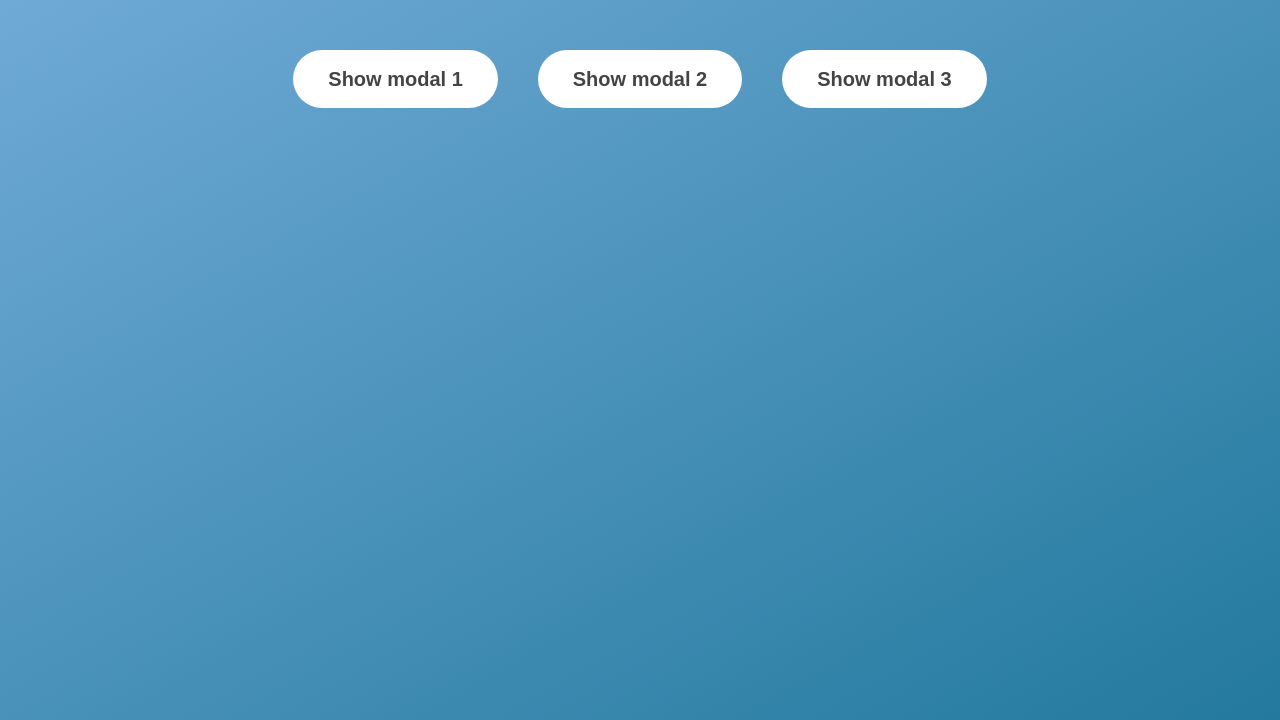
Repository: zeinawady/Jonas-Js-Course-Projects
Page: Modal Window/index.html
The author's editor kept a copy of each file at every save. The page is drawn from the files as they stood at one save, then again after the next save.
The browser window is 1280 px wide. The pictures show the whole page.

Above is the page before, as saved 2024-11-23 17:00:45.

### Modal Window/index.html
<!DOCTYPE html>
<html lang="en">
  <head>
    <meta charset="UTF-8" />
    <meta name="viewport" content="width=device-width, initial-scale=1.0" />
    <meta http-equiv="X-UA-Compatible" content="ie=edge" />
    <link rel="stylesheet" href="style.css" />
    <title>Modal window</title>
  </head>
  <body>
    <button class="show-modal">Show modal 1</button>
    <button class="show-modal">Show modal 2</button>
    <button class="show-modal">Show modal 3</button>

    <div class="modal hidden">
      <button class="close-modal">&times;</button>
      <h1>I'm a modal window 😍</h1>
      <p>
        Lorem ipsum dolor sit amet, consectetur adipisicing elit, sed do eiusmod
        tempor incididunt ut labore et dolore magna aliqua. Ut enim ad minim
        veniam, quis nostrud exercitation ullamco laboris nisi ut aliquip ex ea
        commodo consequat. Duis aute irure dolor in reprehenderit in voluptate
        velit esse cillum dolore eu fugiat nulla pariatur. Excepteur sint
        occaecat cupidatat non proident, sunt in culpa qui officia deserunt
        mollit anim id est laborum.
      </p>
    </div>
    <div class="overlay hidden"></div>

    <script src="script.js"></script>
  </body>
</html>

### Modal Window/style.css
* {
    margin: 0;
    padding: 0;
    box-sizing: inherit;
  }

  html {
    font-size: 62.5%;
    box-sizing: border-box;
  }

  body {
    font-family: sans-serif;
    color: #333;
    line-height: 1.5;
    height: 100vh;
    position: relative;
    display: flex;
    align-items: flex-start;
    justify-content: center;
    background: linear-gradient(to top left, #23799e, #6faad5);
  }

  .show-modal {
    font-size: 2rem;
    font-weight: 600;
    padding: 1.75rem 3.5rem;
    margin: 5rem 2rem;
    border: none;
    background-color: #fff;
    color: #444;
    border-radius: 10rem;
    cursor: pointer;
  }

  .close-modal {
    position: absolute;
    top: 1.2rem;
    right: 2rem;
    font-size: 5rem;
    color: #333;
    cursor: pointer;
    border: none;
    background: none;
  }

  h1 {
    font-size: 2.5rem;
    margin-bottom: 2rem;
  }

  p {
    font-size: 1.8rem;
  }

  /* -------------------------- */
  /* CLASSES TO MAKE MODAL WORK */
  .hidden {
    display: none;
  }

  .modal {
    position: absolute;
    top: 50%;
    left: 50%;
    transform: translate(-50%, -50%);
    width: 70%;

    background-color: white;
    padding: 6rem;
    border-radius: 5px;
    box-shadow: 0 3rem 5rem rgba(0, 0, 0, 0.3);
    z-index: 10;
  }

  .overlay {
    position: absolute;
    top: 0;
    left: 0;
    width: 100%;
    height: 100%;
    background-color: rgba(0, 0, 0, 0.6);
    backdrop-filter: blur(3px);
    z-index: 5;
  }

Loaded but not shown: Modal Window/script.js (no stored copy; drawn as an empty file)

After the next save:
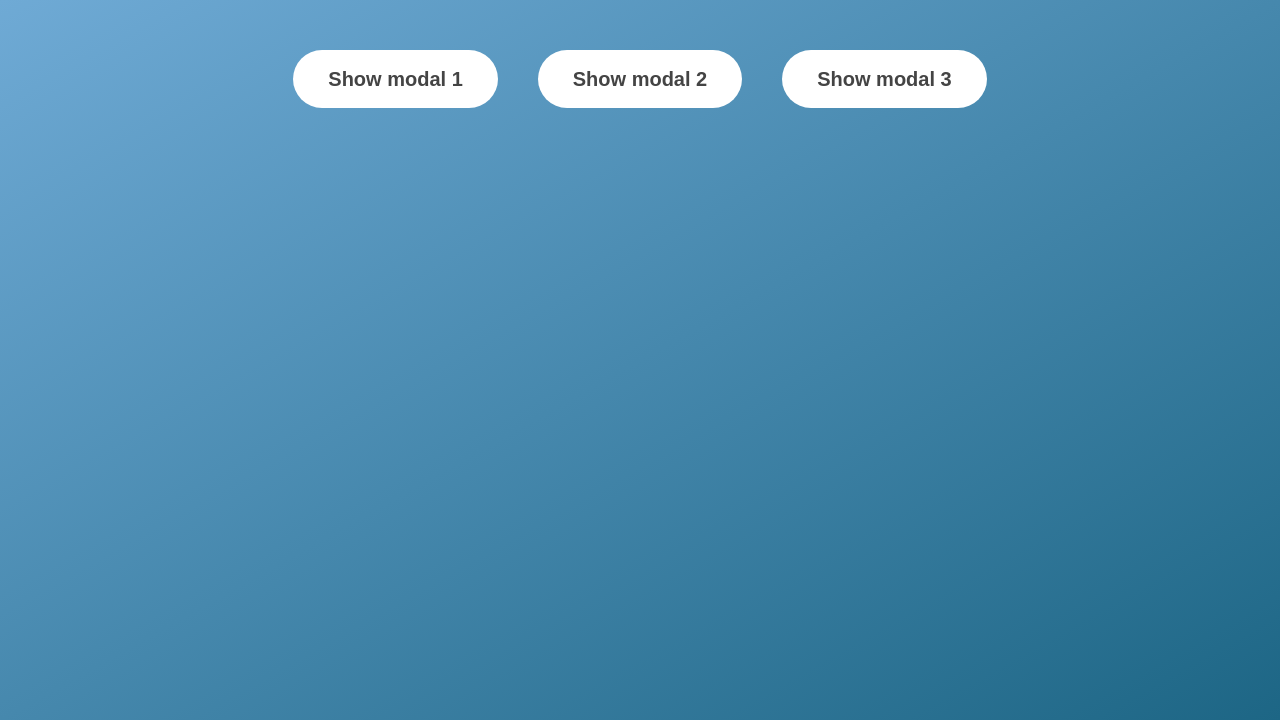
Saved 9 s later.
--- a/Modal Window/style.css
+++ b/Modal Window/style.css
@@ -18,7 +18,7 @@
     display: flex;
     align-items: flex-start;
     justify-content: center;
-    background: linear-gradient(to top left, #23799e, #6faad5);
+    background: linear-gradient(to top left, #1d6685, #6faad5);
   }
 
   .show-modal {
